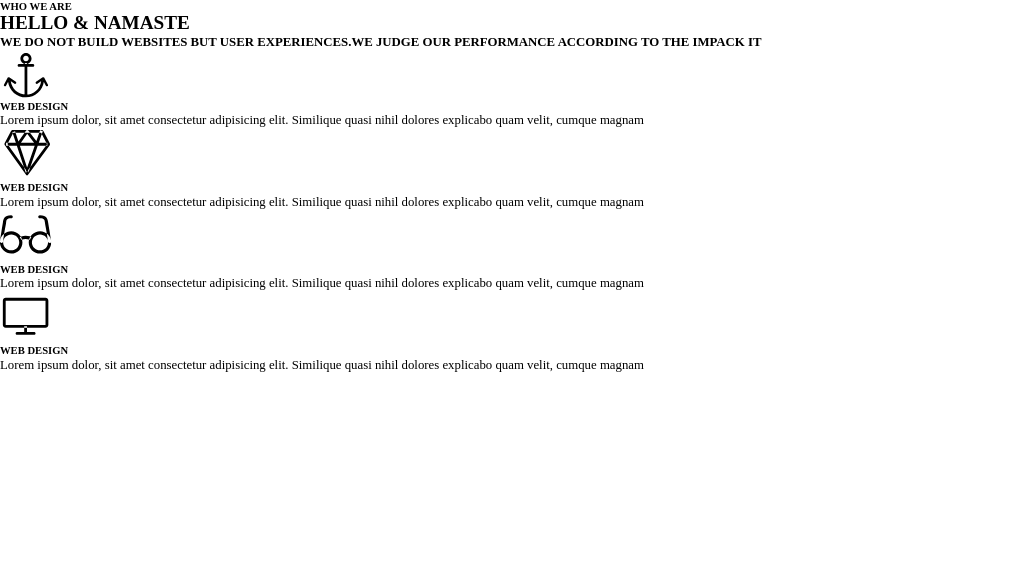
Repository: shpakovskaya/github.io
Page: boxsizing/namastegreen/index.html
These files come from the project's save history. The page is drawn as it stood at one moment and after the next save; the edit follows.
The browser window is 1280 px wide. The pictures show the whole page, at 80% of full size.

Above is the page before, as saved 2021-11-17 23:40:14.

After the next save:
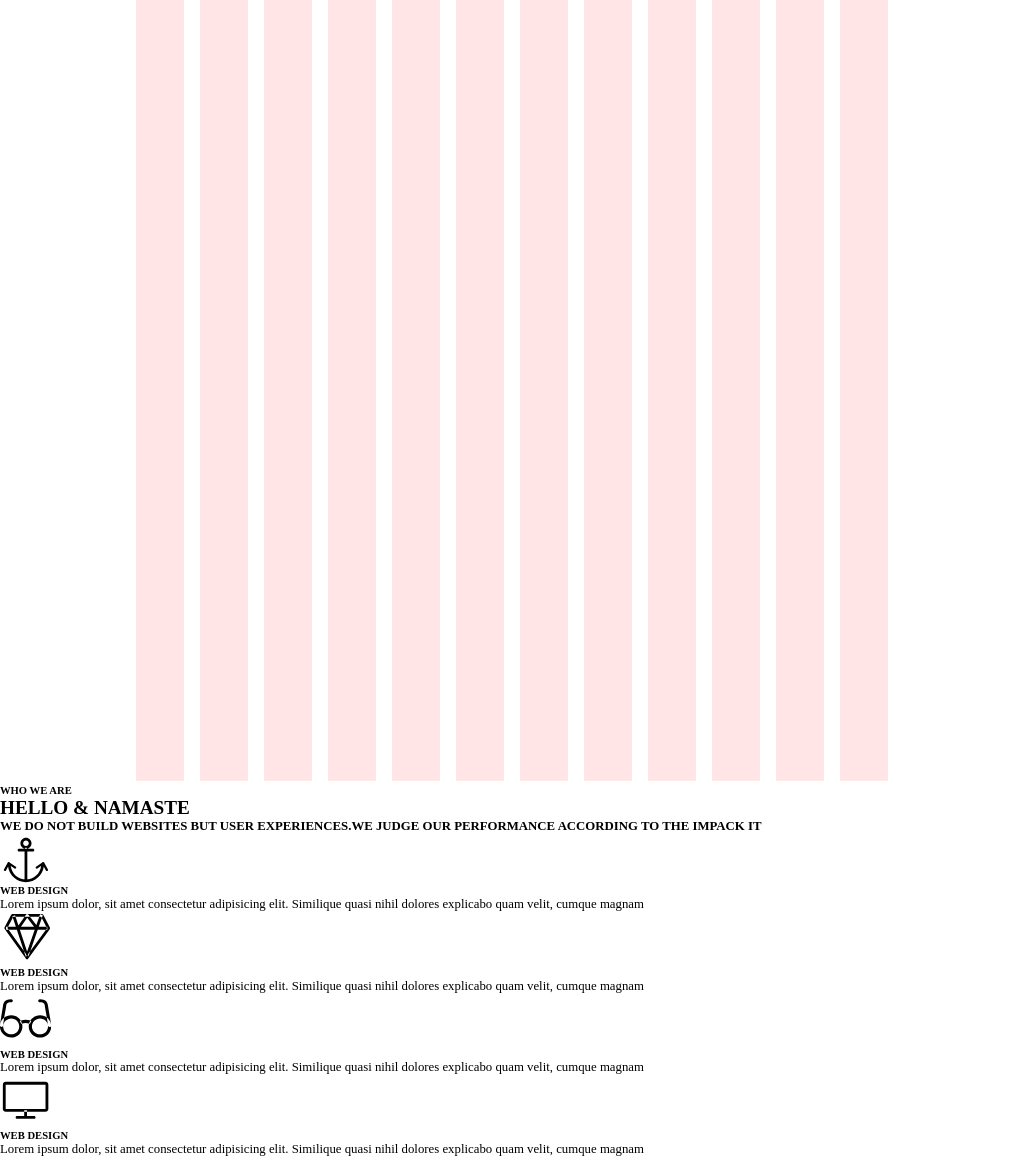
Saved 17 h 57 min later.
--- a/boxsizing/namastegreen/index.html
+++ b/boxsizing/namastegreen/index.html
@@ -21,7 +21,12 @@
     <link rel="stylesheet" href="./style.css" />
   </head>
   <body>
+    <!-- Background -->
     <div class="conteiner">
+      <img
+        src="./img/1b0eb2e9-f134-46c9-915e-629d914347aa (1).png"
+        alt="background"
+      />
       <!-- Header -->
       <header class="header">
         <header class="header__wrapper">
